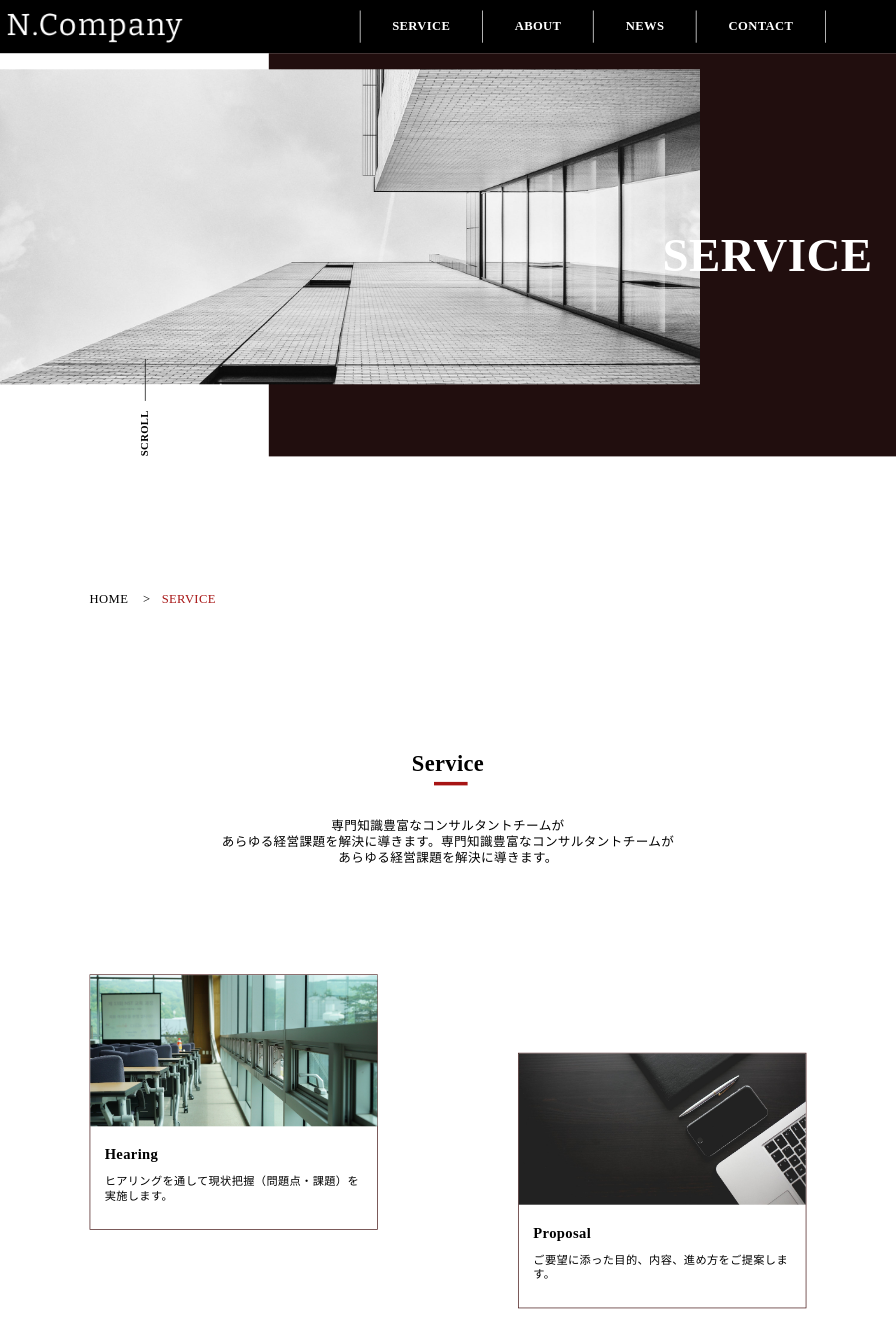
Repository: nozomi-23/hp2_test
Page: html/service.html
An editor plug-in stored every save of this project. The page is shown before and after a run of saves, followed by the edit.
The browser window is 1280 px wide. The pictures show the part of the page from y = 0 to 1920 px (the page is 2705 px tall), at 70% of full size.
Some web fonts or font styles are not loaded; a fallback is used. Some web libraries are served in a nearby version.

Above is the page before, as saved 2022-06-26 08:08:49.

After the next 2 saves:
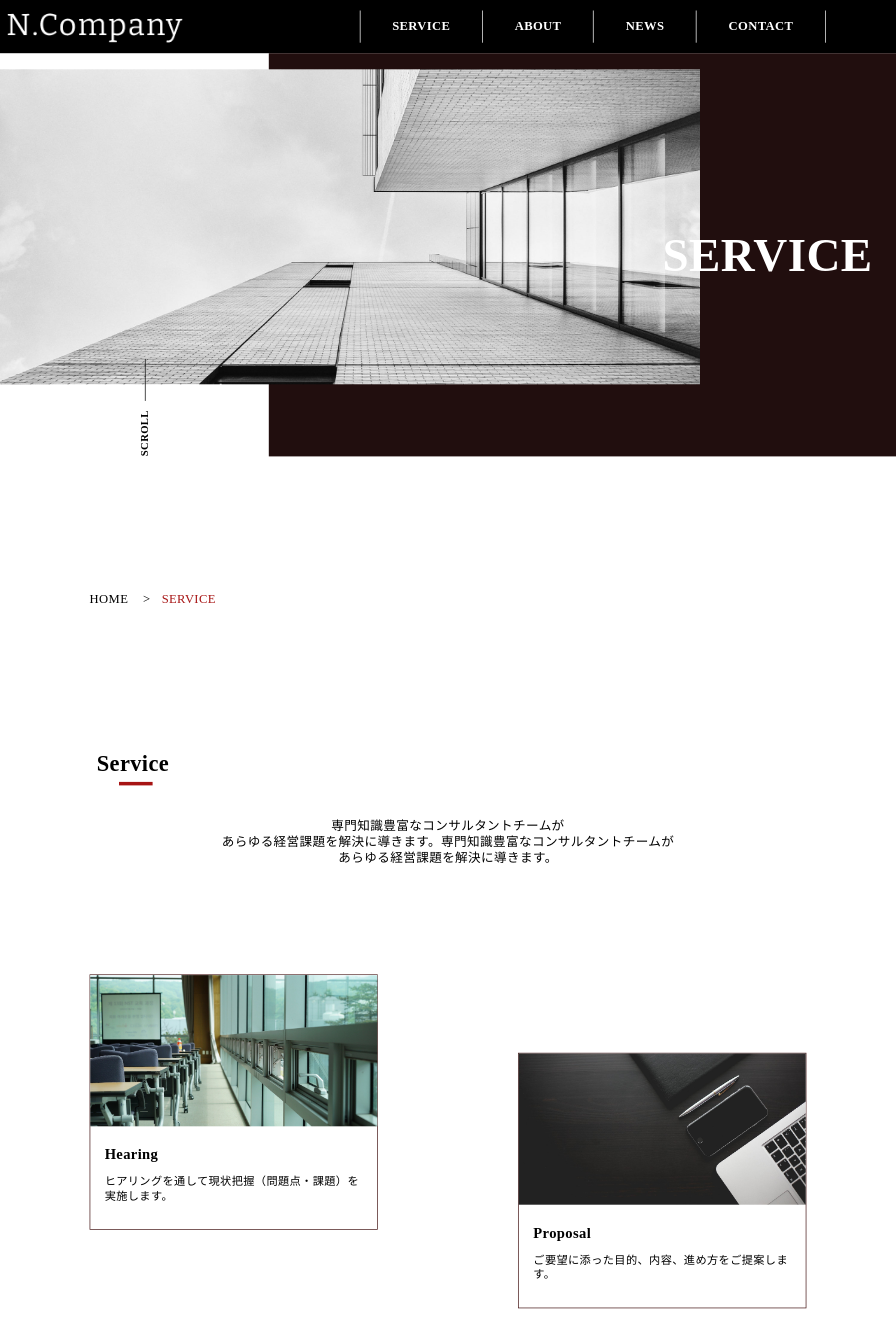
The 2 saves are shown as one change because they came seconds apart.
The last was saved 10 s later.
--- a/css/service.css
+++ b/css/service.css
@@ -8,6 +8,7 @@
   position: relative;
 }
 
+..service_intro
 .service_tex {
   text-align: center;
 }

After the 4 saves that followed:
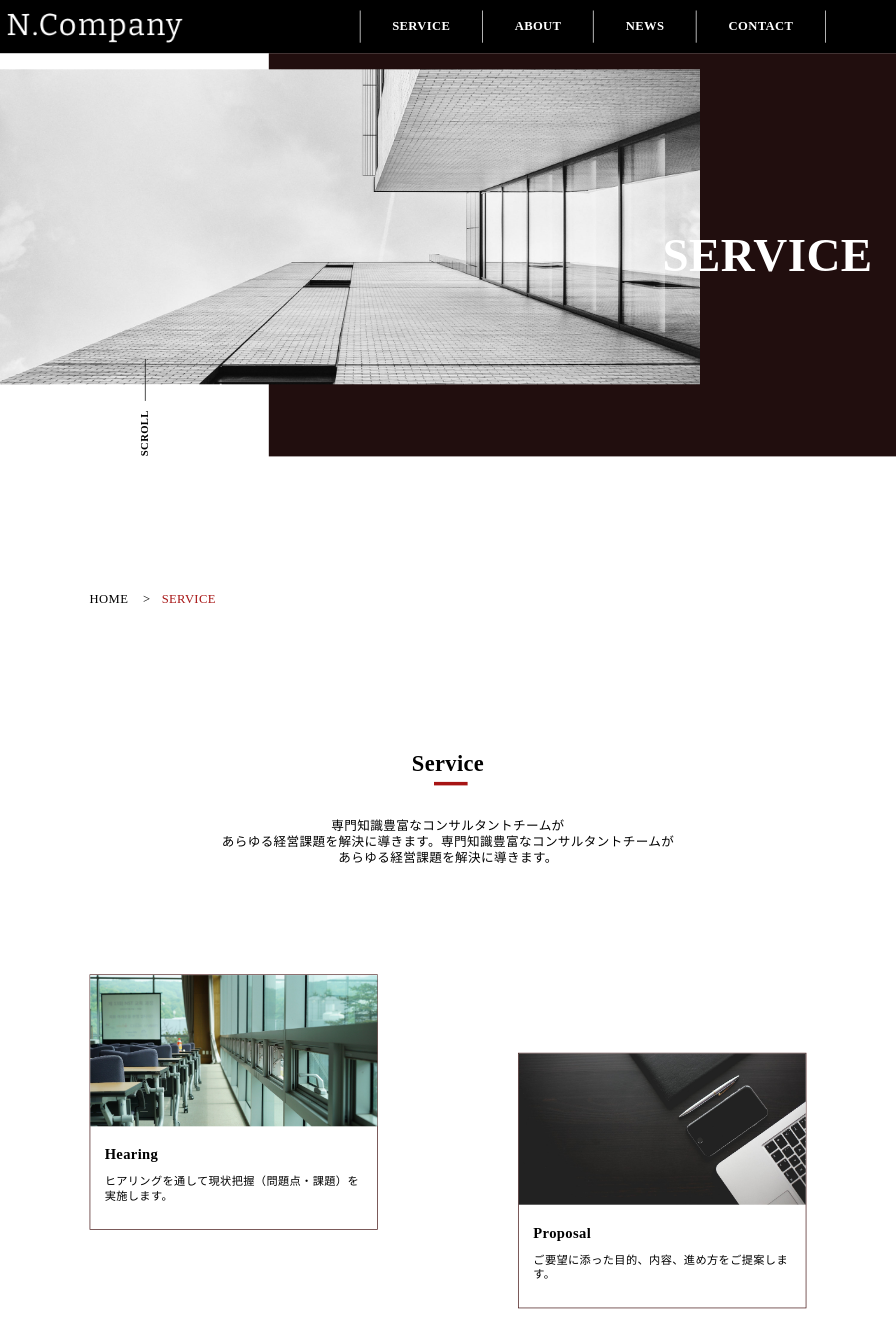
The 4 saves are shown as one change because 1 left the picture as it was and some came seconds apart.
The last was saved 18 s later.
--- a/css/service.css
+++ b/css/service.css
@@ -8,7 +8,9 @@
   position: relative;
 }
 
-..service_intro
+.service_intro::before {
+  con
+}
 .service_tex {
   text-align: center;
 }
